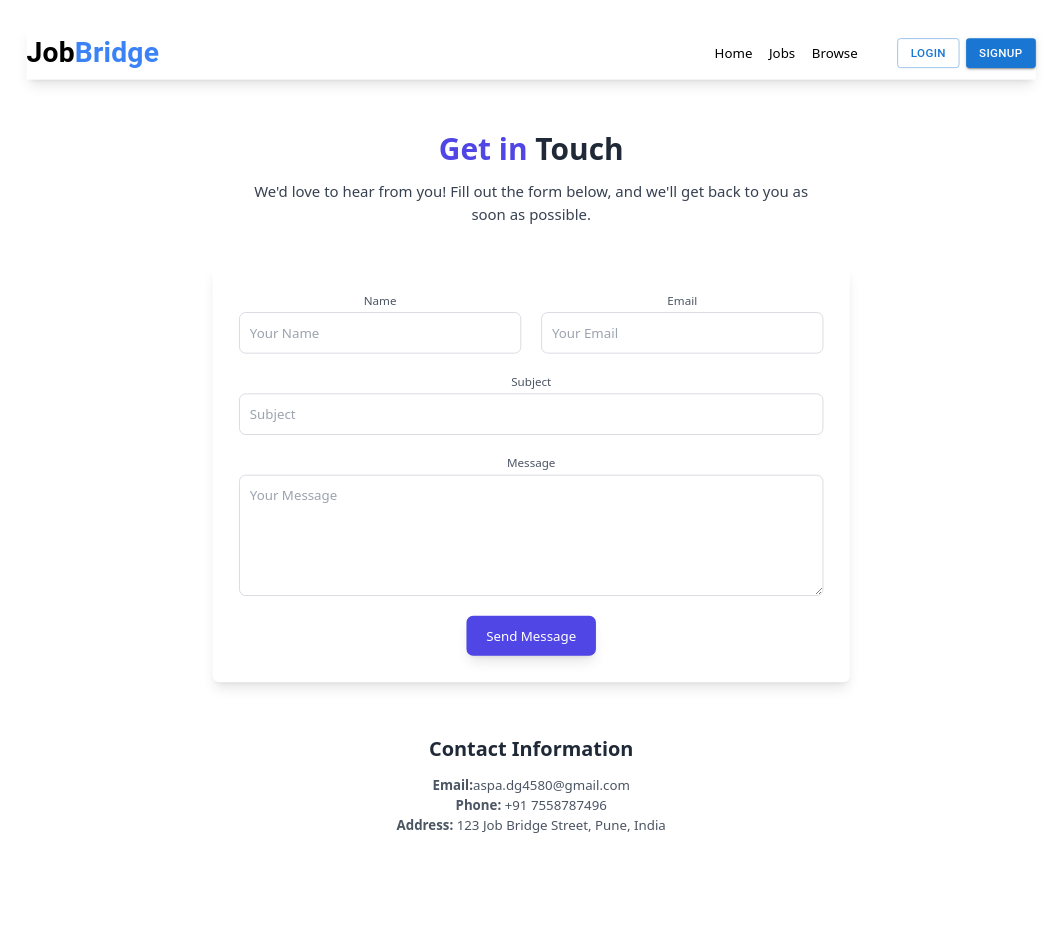
Repository: abp197/Job_bridge
Page: /contact (app in Frontend/)
The author's editor kept a copy of each file at every save. The page is drawn from the files as they stood at one save, then again after a run of saves.
The browser window is 1280 px wide. The pictures show the whole page, at 83% of full size.
The project was rebuilt for these pictures with package versions that can differ from the ones it lists, and the page was loaded fresh each time. Also part of the build but not shown: Frontend/vite.config.js, Frontend/src/components/auth/Signup.jsx, Frontend/src/components/CategoryCarousel.jsx, Frontend/src/components/HeroSection.jsx, Frontend/src/components/LatestJobCards.jsx, Frontend/src/components/LatestJobs.jsx, Frontend/src/hooks/useGetAllJobs.jsx, Frontend/src/components/Home.jsx and 21 more. Imported but missing from the stored project, and not drawn on this page: Frontend/src/hooks/useGetAppliedJobs.

Above is the page before, as saved 2024-10-28 00:27:26.

After the next 6 saves:
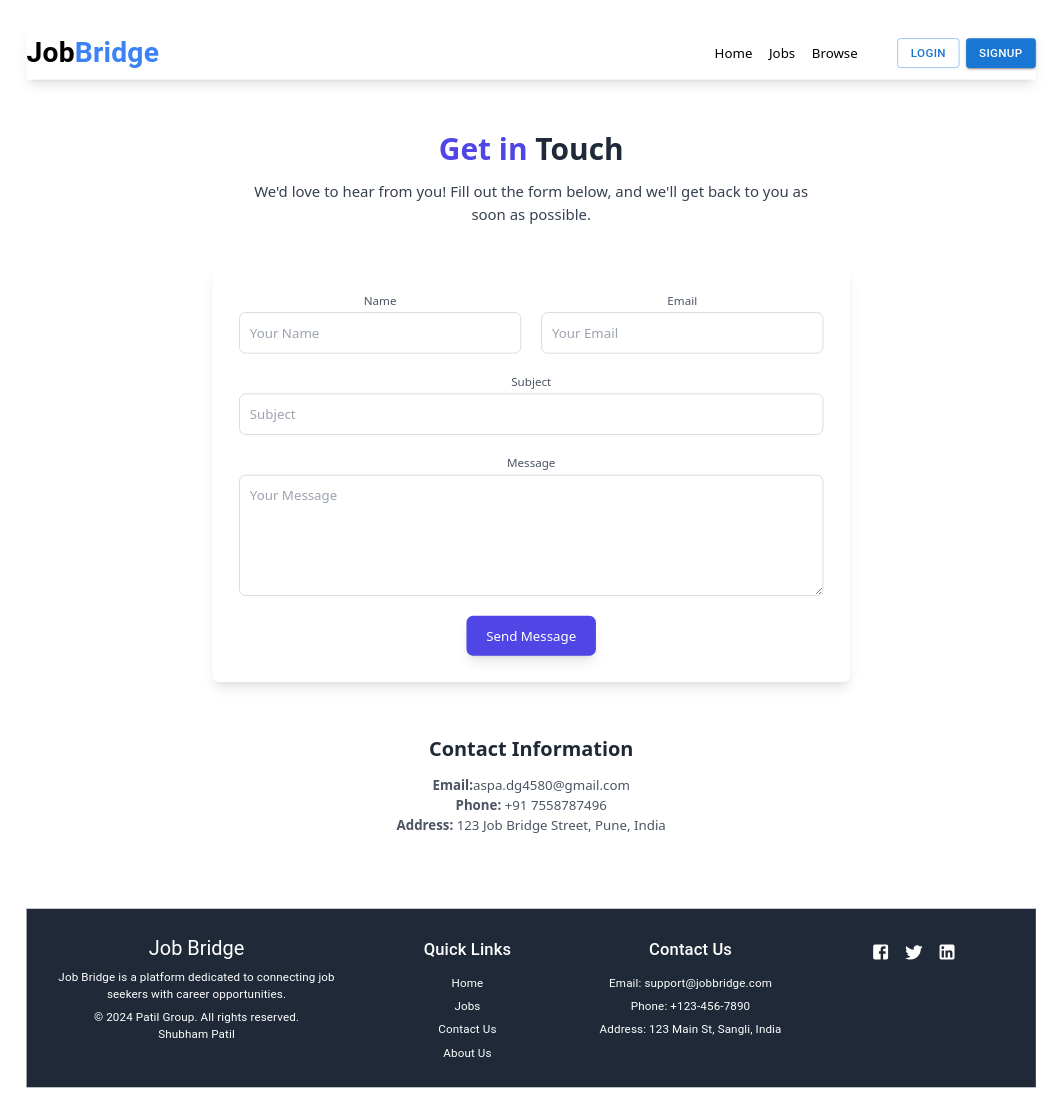
The 6 saves are shown as one change because they came seconds apart.
The last was saved 3 min 34 s later.
--- a/Frontend/src/components/Contact.jsx
+++ b/Frontend/src/components/Contact.jsx
@@ -2,6 +2,7 @@
 /* eslint-disable no-unused-vars */
 import React from 'react';
 import Navbar from './shared/Navbar';
+import Footer from './shared/Footer';
 
 const Contact = () => {
   return (
@@ -103,6 +104,9 @@ const Contact = () => {
         </div>
       </div>
     </div>
+    <div>
+        <Footer/>
+    </div>
     </div>
   );
 };
